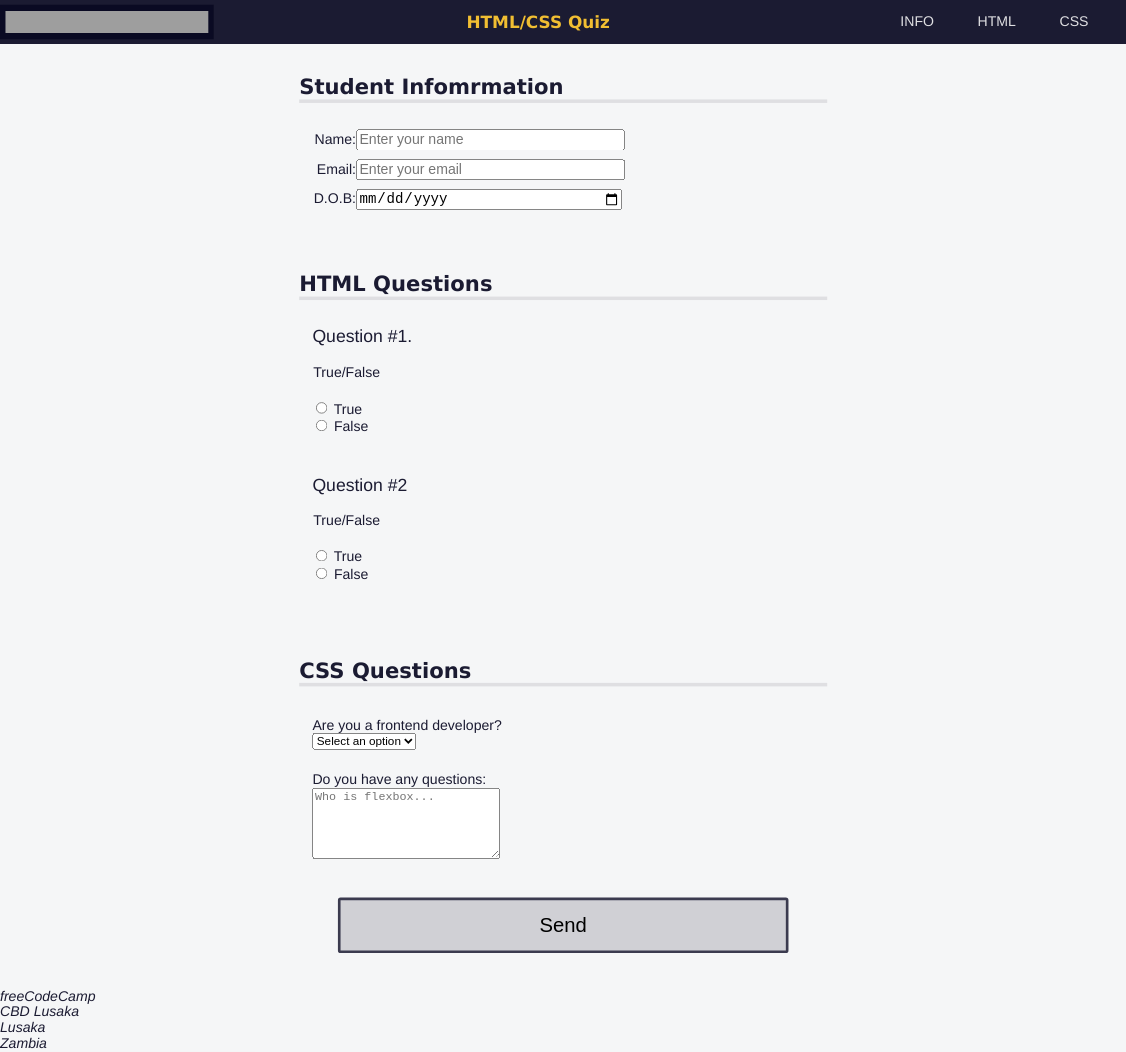
Repository: Lungdjos/accessibility_build_quiz
Page: index.html
The author's editor kept a copy of each file at every save. The page is drawn from the files as they stood at one save, then again after the next save.
The browser window is 1280 px wide. The pictures show the whole page, at 88% of full size.
The pointer rests on the first visible `button`.
Pictures or frames that could not be fetched are drawn as grey boxes.

Above is the page before, as saved 2023-10-30 09:52:45.

### index.html
<!DOCTYPE html>
<html lang="en">

<head>
    <meta charset="UTF-8">
    <meta name="viewport" content="width=device-width, initial-scale=1.0">
    <meta name="description" content="Accessibility">
    <title>HTML/CSS Test Quiz</title>
    <link rel="stylesheet" href="styles.css">
</head>

<body>
    <header>
        <img src="https://cdn.freecodecamp.org/platform/universal/fcc_primary.svg" alt="" id="logo">
        <h1>HTML/CSS Quiz</h1>
        <nav>
            <ul>
                <li>
                    <a href="#student-info">info</a></li>
                <li>
                    <a href="#html-questions">html</a></li>
                <li>
                    <a href="#css-questions">css</a></li>
            </ul>
        </nav>
    </header>
    <main>
        <form action="https://freecodecamp.org/practice-project/accessibility-quiz" method="post">
            <section role="region" aria-labelledby="student-info">
                <h2 id="student-info">Student Infomrmation</h2>
                <div class="info">
                    <label for="student-name">
                        Name:
                    </label><input type="text" name="name" id="student-name" placeholder="Enter your name">
                </div>
                <div class="info">
                    <label for="student-email">
                        Email:
                    </label><input type="email" name="email" id="student-email" placeholder="Enter your email">
                </div>
                <div class="info">
                    <label for="birth-date">
                        D.O.B:<span class="sr-only">(Date of Birth)</span>
                    </label><input type="date" name="dob" id="birth-date">
                </div>
            </section>

            <section role="region" aria-labelledby="html-questions">
                <h2 id="html-questions">HTML Questions</h2>
                <div class="question-block">
                    <p>1.</p>
                    <fieldset name="first-question" class="question">
                        <legend>True/False</legend>
                        <ul class="answers-list">
                            <li>
                                <label for="q1-a1">
                                    <input type="radio" value="true" name="q1-answ" id="q1-a1"> True
                                </label>
                            </li>
                            <li>
                                <label for="q1-a2">
                                    <input type="radio" value="false" name="q1-answ" id="q1-a2"> False
                                </label>
                            </li>
                        </ul>
                    </fieldset>
                </div>
                <div class="question-block">
                    <p>2</p>
                    <fieldset name="second-question" class="question">
                        <legend>True/False</legend>
                        <ul class="answers-list">
                            <li>
                                <label for="q2-a1">
                                    <input type="radio" value="true" name="q2-answ" id="q2-a1"> True
                                </label>
                            </li>
                            <li>
                                <label for="q2-a2">
                                    <input type="radio" value="false" name="q2-answ" id="q2-a2"> False
                                </label>
                            </li>
                        </ul>
                    </fieldset>
                </div>
            </section>

            <section role="region" aria-labelledby="css-questions">
                <h2 id="css-questions">CSS Questions</h2>
                <div class="formrow">
                    <div class="question-block">
                        <label for="customer">Are you a frontend developer?</label>
                    </div>
                    <div class="answer">
                        <select name="customer" id="customer" required>
                            <option value="">Select an option</option>
                            <option value="yes">Yes</option>
                            <option value="no">No</option>
                        </select>
                    </div>

                    <div class="question-block">
                        <label for="css-questions">Do you have any questions:</label>
                    </div>
                    <div class="answer">
                        <textarea name="css-questions" id="css-questions" rows="5" cols="24" placeholder="Who is flexbox..."></textarea>
                    </div>
                </div>
            </section>
            <button type="submit">Send</button>
        </form>
    </main>
    <footer>
        <address>
            freeCodeCamp<br/>
            CBD Lusaka<br/>
            Lusaka<br/>
            Zambia
        </address>
    </footer>
</body>

</html>

### styles.css
/*Content design */

body {
    background: #f5f6f7;
    color: #1b1b32;
    font-family: Helvetica;
    margin: 0;
}

h1 {
    color: #f1be32;
    font-size: min(5vw, 1.2em);
    text-align: center;
}

main {
    padding-top: 25px;
}

h1,
h2 {
    font-family: Verdana, Tahoma;
}

h2 {
    border-bottom: 4px solid #dfdfe2;
    margin-top: 0;
    padding-top: 60px;
}

.sr-only {
    position: absolute;
    width: 1px;
    height: 1px;
    padding: 0;
    margin: -1px;
    overflow: hidden;
    clip: rect(0, 0, 0, 0);
    white-space: nowrap;
    border: 0;
}

p::before {
    content: "Question #";
}

p {
    margin-top: 5px;
    padding-left: 15px;
    font-size: 20px;
}


/* Nav bar design */

header {
    width: 100%;
    height: 50px;
    background-color: #1b1b32;
    display: flex;
    justify-content: space-between;
    align-items: center;
    position: fixed;
    top: 0;
}

#logo {
    width: max(100px, 18vw);
    background-color: #0a0a23;
    aspect-ratio: 35 / 4;
    padding: 0.4rem;
}

nav {
    width: 50%;
    max-width: 300px;
    height: 50px;
}

nav>ul {
    display: flex;
    justify-content: space-evenly;
    text-transform: uppercase;
    align-items: center;
    padding-inline-start: 0;
    margin-block: 0;
    height: 100%;
    flex-wrap: wrap;
}

nav li {
    color: #dfdfe2;
    margin: 0 0.2rem;
    padding: 0.2rem;
    display: block;
}

li>a {
    color: inherit;
}

nav li>a {
    text-decoration: none;
}

nav li>a:hover {
    text-decoration: none;
    background-color: #dfdfe2;
    color: #1b1b32;
    cursor: pointer;
}


/* Form design */

section {
    width: 80%;
    max-width: 600px;
    margin: 0 auto 10px auto;
}

.question {
    /* border-radius: 5px; */
    border: none;
    padding-bottom: 0;
}

.info {
    padding: 10px 0 0 5px;
}

.info input {
    width: 50%;
    text-align: left;
}

.info label {
    width: 10%;
    min-width: 55px;
}

.info input,
.info label {
    display: inline-block;
}

label {
    text-align: right;
}

.formrow {
    margin-top: 30px;
    padding: 0px 15px;
}

input {
    font-size: 16px;
}

.question-block {
    text-align: left;
    display: block;
    width: 100%;
    margin-top: 20px;
    padding-top: 5px;
}

.answers-list {
    list-style: none;
    padding: 0;
}

button {
    display: block;
    margin: 40px auto;
    width: 40%;
    padding: 15px;
    font-size: 23px;
    background: #d0d0d5;
    border: 3px solid #3b3b4f;
}

button:hover {
    background: ##3b3b4f;
    border: 3px solid #3b3b4f;
    border-radius: 3px;
}


/* Footer design */

After the next save:
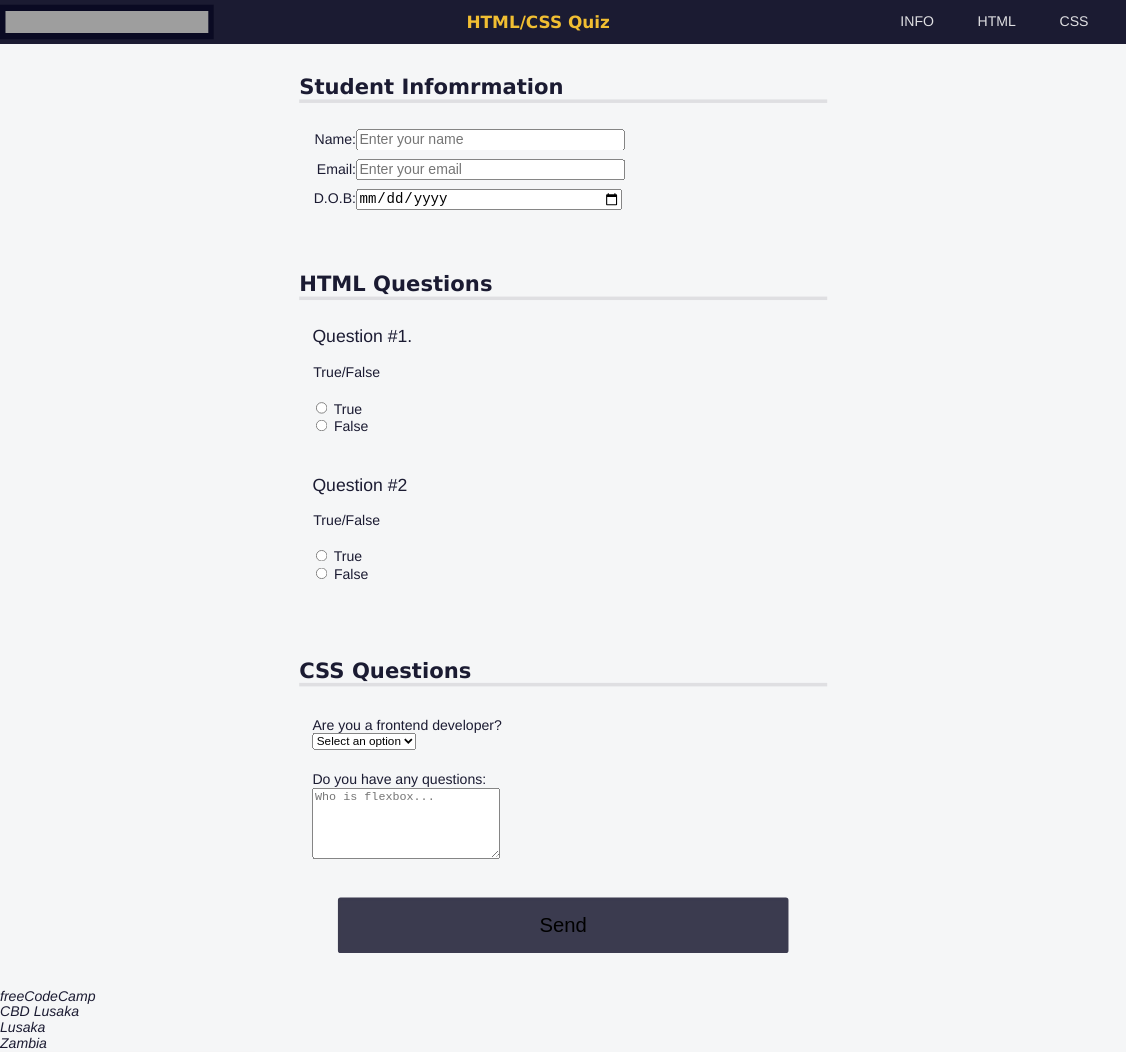
Saved 12 s later.
--- a/styles.css
+++ b/styles.css
@@ -181,7 +181,7 @@ button {
 }
 
 button:hover {
-    background: ##3b3b4f;
+    background: #3b3b4f;
     border: 3px solid #3b3b4f;
     border-radius: 3px;
 }
